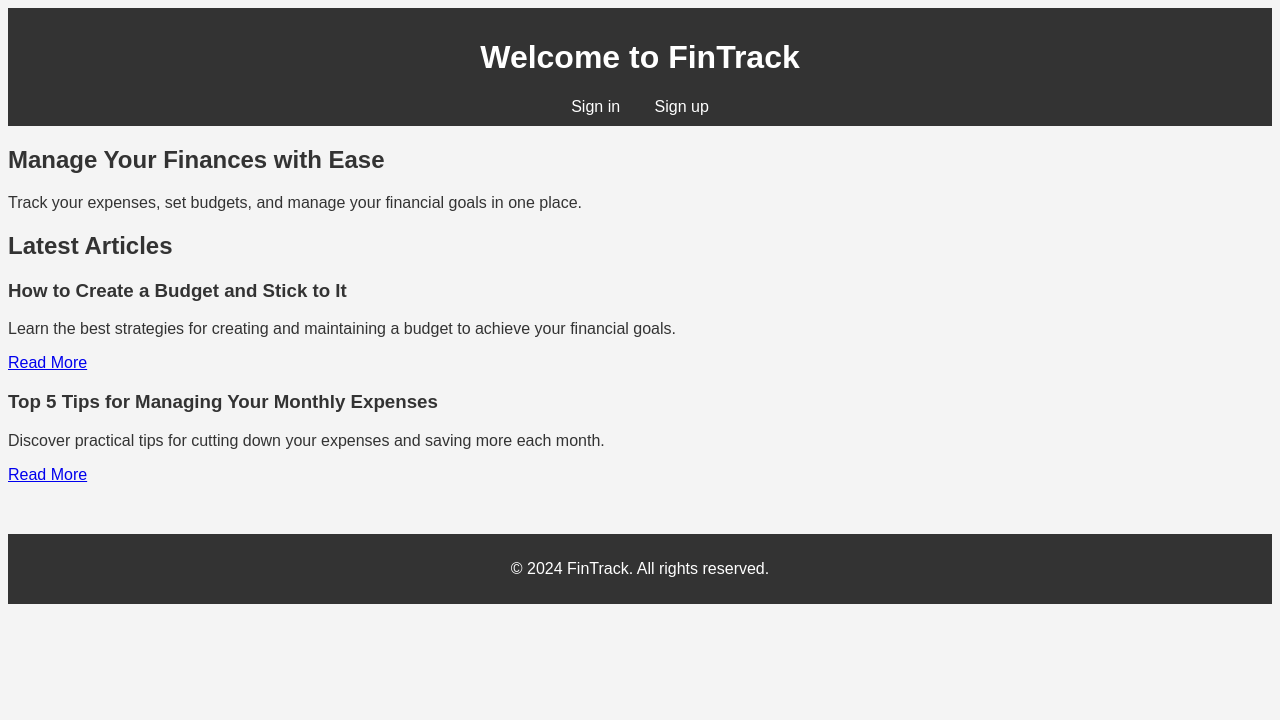
Repository: Rath2601/servlet_jsp_project
Page: http://localhost/finmansystem/
An editor plug-in stored every save of this project. The page is shown before and after the next save, followed by the edit.
The browser window is 1280 px wide. The pictures show the whole page.
The page is served by Tomcat 10. Other server files are loaded and not shown.

Above is the page before, as saved 2024-10-08 02:30:13.

### FinancialManagementSystem/finmansystem/src/main/webapp/home.jsp
<%@ page language="java" contentType="text/html; charset=UTF-8" pageEncoding="UTF-8"%>
<!DOCTYPE html>
<html lang="en">
<head>
    <meta charset="UTF-8">
    <meta name="viewport" content="width=device-width, initial-scale=1.0">
    <title>Welcome to FinTrack</title>
    <link rel="stylesheet" type="text/css" href="<%= request.getContextPath() %>/css-non-secured/home.css">
</head>
<body>
    <header>
        <h1>Welcome to FinTrack</h1>
        <nav class="user-auth">
             <a href = "<%= request.getContextPath()%>/login.jsp" class="signin">Sign in</a>
            <a href = "<%= request.getContextPath()%>/register.jsp" class="signup">Sign up</a>
        </nav>
    </header>

    <main>
        <section class="intro">
            <h2>Manage Your Finances with Ease</h2>
            <p>Track your expenses, set budgets, and manage your financial goals in one place.</p>
        </section>

        <section class="articles">
            <h2>Latest Articles</h2>
            <article>
                <h3>How to Create a Budget and Stick to It</h3>
                <p>Learn the best strategies for creating and maintaining a budget to achieve your financial goals.</p>
                <a href="article1.jsp">Read More</a>
            </article>
            <article>
                <h3>Top 5 Tips for Managing Your Monthly Expenses</h3>
                <p>Discover practical tips for cutting down your expenses and saving more each month.</p>
                <a href="article2.jsp">Read More</a>
            </article>
        </section>
    </main>

    <footer>
        <p>&copy; 2024 FinTrack. All rights reserved.</p>
    </footer>
</body>
</html>

### FinancialManagementSystem/finmansystem/src/main/webapp/css-non-secured/home.css
body {
    font-family: Arial, sans-serif;
    background-color: #f4f4f4;
    color: #333;
}

header {
    background-color: #333;
    color: #fff;
    padding: 10px;
    text-align: center;
}

nav a {
    color: #fff;
    margin: 0 15px;
    text-decoration: none;
}

.features {
    text-align: center;
    padding: 50px 20px;
}

footer {
    text-align: center;
    margin-top: 50px;
    padding: 10px;
    background-color: #333;
    color: #fff;
}

After the next save:
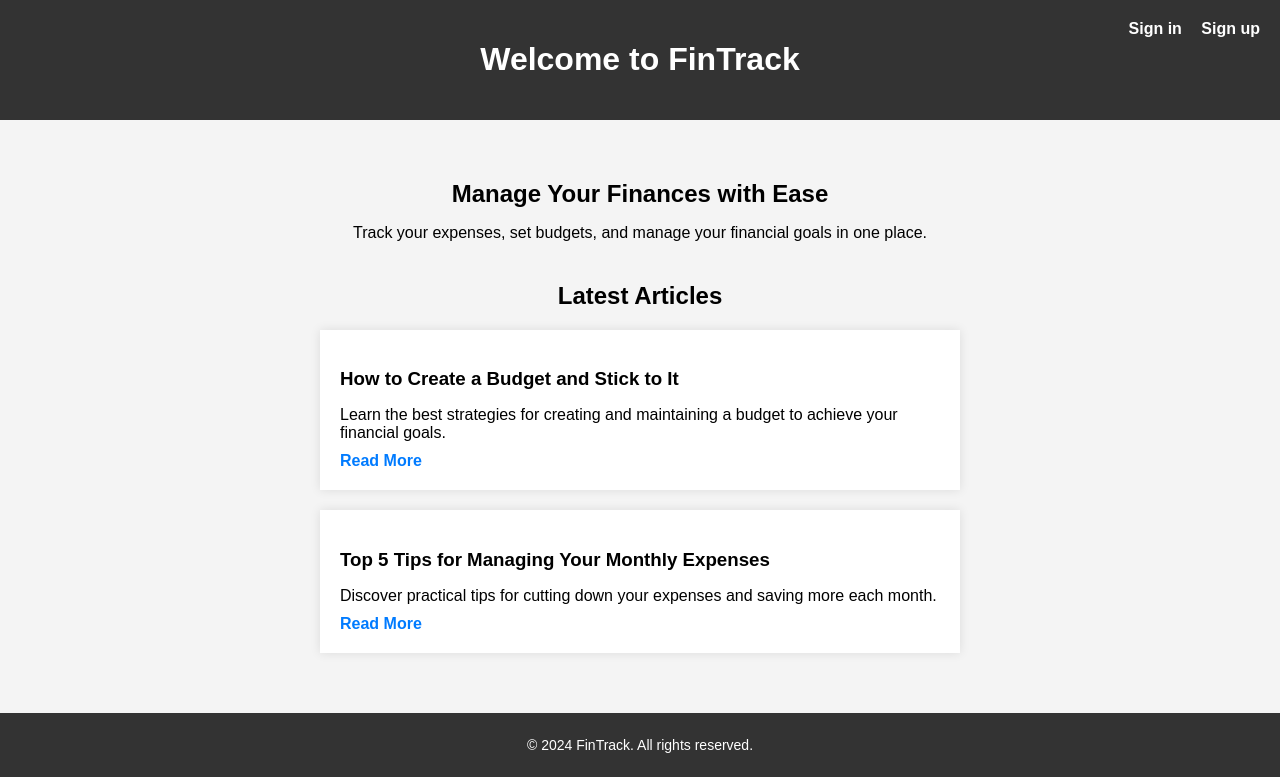
Saved 11 s later.
--- a/FinancialManagementSystem/finmansystem/src/main/webapp/css-non-secured/home.css
+++ b/FinancialManagementSystem/finmansystem/src/main/webapp/css-non-secured/home.css
@@ -1,31 +1,91 @@
-body {
+/* General Styling */
+body, html {
+    margin: 0;
+    padding: 0;
     font-family: Arial, sans-serif;
     background-color: #f4f4f4;
-    color: #333;
+    min-height: 100vh;
+    display: flex;
+    flex-direction: column;
 }
 
 header {
     background-color: #333;
-    color: #fff;
-    padding: 10px;
+    color: white;
+    padding: 20px;
+    text-align: center;
+    position: relative;
+}
+
+/* Sign in and Sign up links */
+.user-auth {
+    position: absolute;
+    right: 20px;
+    top: 20px;
+}
+
+.user-auth a {
+    color: white;
+    margin-left: 15px;
+    text-decoration: none;
+    font-weight: bold;
+}
+
+.user-auth a:hover {
+    text-decoration: underline;
+}
+
+main {
+    flex: 1;
+    padding: 40px;
     text-align: center;
 }
 
-nav a {
-    color: #fff;
-    margin: 0 15px;
-    text-decoration: none;
+.intro h2 {
+    margin-bottom: 10px;
 }
 
-.features {
-    text-align: center;
-    padding: 50px 20px;
+.articles {
+    margin-top: 40px;
 }
 
+.articles article {
+    margin-bottom: 20px;
+    padding: 20px;
+    background-color: white;
+    box-shadow: 0 0 10px rgba(0, 0, 0, 0.1);
+    text-align: left;
+    max-width: 600px;
+    margin-left: auto;
+    margin-right: auto;
+}
+
+.articles article h3 {
+    margin-bottom: 10px;
+}
+
+.articles article p {
+    margin-bottom: 10px;
+}
+
+.articles article a {
+    color: #007bff;
+    text-decoration: none;
+    font-weight: bold;
+}
+
+.articles article a:hover {
+    text-decoration: underline;
+}
+
+/* Footer Styling */
 footer {
+    background-color: #333;
+    color: white;
     text-align: center;
-    margin-top: 50px;
-    padding: 10px;
-    background-color: #333;
-    color: #fff;
+    padding: 10px 0;
+    font-size: 14px;
+    position: relative;
+    bottom: 0;
+    width: 100%;
 }
